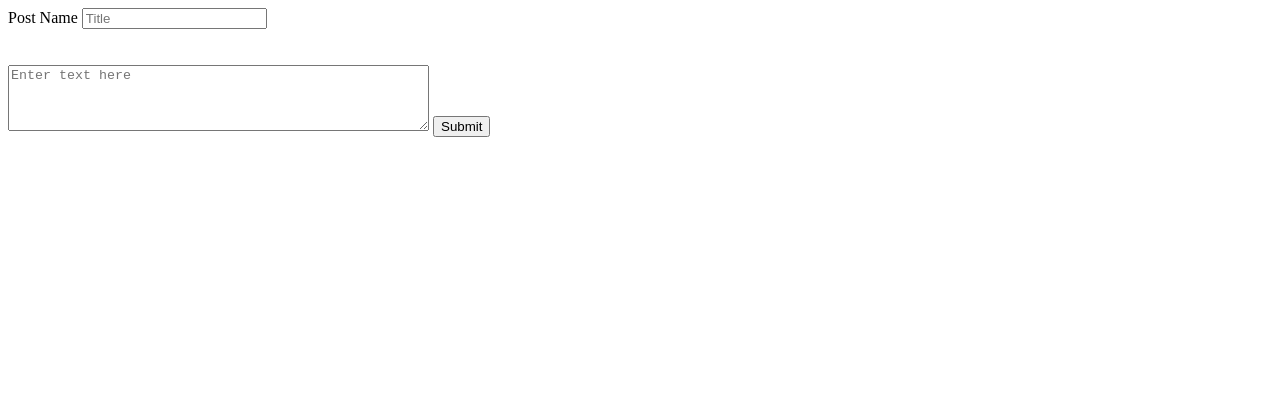
Repository: AnnieFisher/blog
Page: BlogMVC/WebContent/addPost.view.html
An editor plug-in stored every save of this project. The page is shown before and after the next save, followed by the edit.
The browser window is 1280 px wide. The pictures show the whole page.

Above is the page before, as saved 2016-12-17 20:22:10.

### BlogMVC/WebContent/addPost.view.html
<div>


  <label for="postName" class="sr-only">Post Name</label>
  <input type="text" ng-model="post.postName" name="postName" placeholder = "Title">
  <br><br><br>
  <textarea name="body" ng-model="post.body" placeholder = "Enter text here"
maxlength="300" wrap="hard" rows="4" cols="50"></textarea>

  <button ng-click =createPost(post)>Submit</button>




</div>

After the next save:
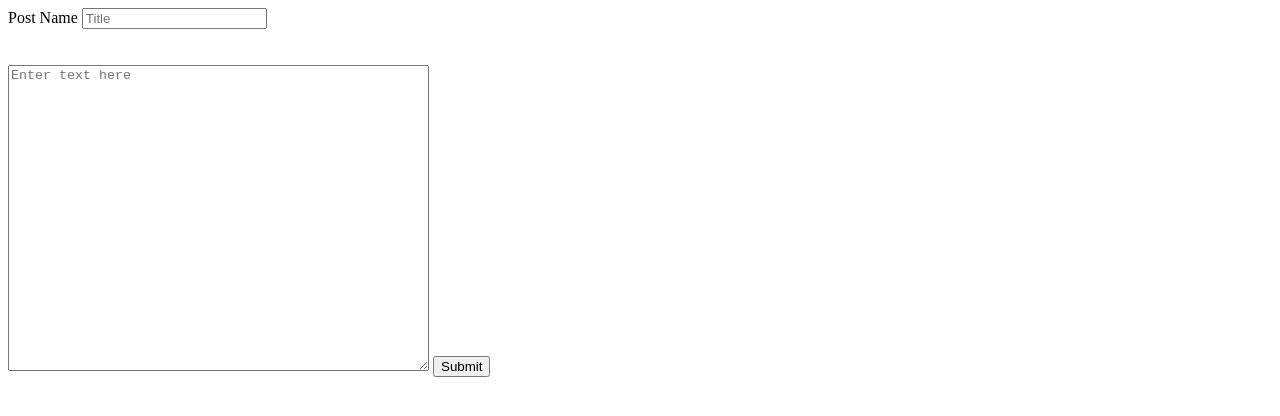
Saved 10 s later.
--- a/BlogMVC/WebContent/addPost.view.html
+++ b/BlogMVC/WebContent/addPost.view.html
@@ -5,7 +5,7 @@
   <input type="text" ng-model="post.postName" name="postName" placeholder = "Title">
   <br><br><br>
   <textarea name="body" ng-model="post.body" placeholder = "Enter text here"
-maxlength="300" wrap="hard" rows="4" cols="50"></textarea>
+maxlength="300" wrap="hard" rows="20" cols="50"></textarea>
 
   <button ng-click =createPost(post)>Submit</button>
 
